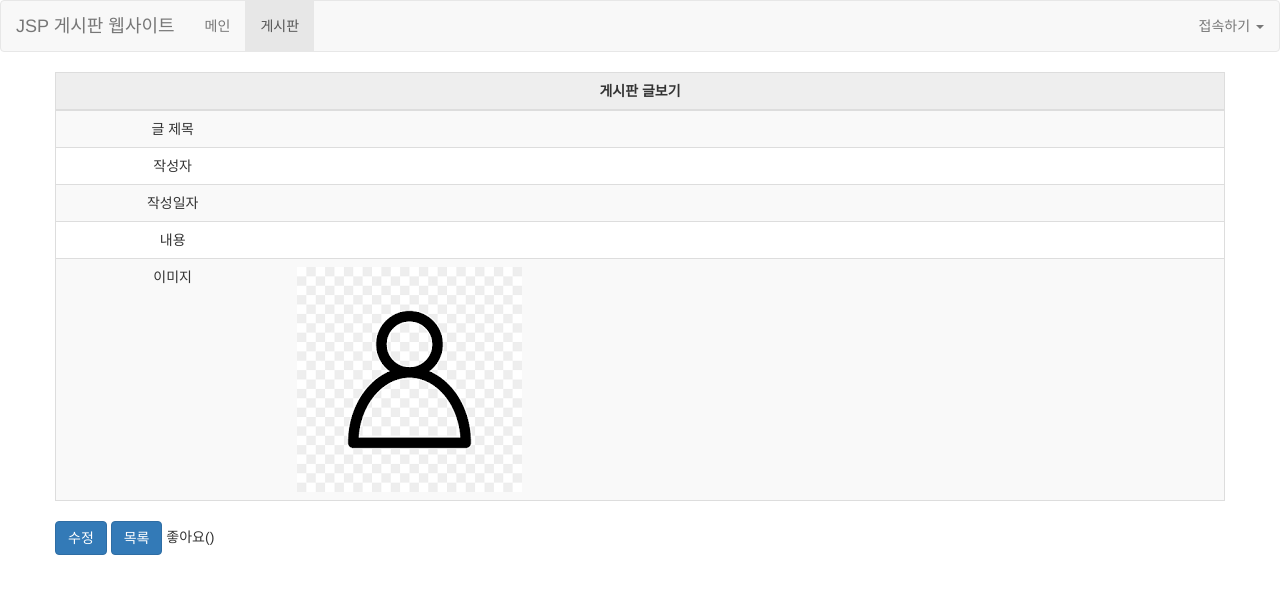
Repository: serendipity63/mychelin
Page: http://localhost/board/WEB-INF/views/detailform.jsp
These files come from the project's save history. The page is drawn as it stood at one moment and after the next save; the edit follows.
The browser window is 1280 px wide. The pictures show the whole page.
Some web libraries are served in a nearby version. The page is served by Tomcat 9. Nobody is signed in. The template is opened directly, without the code that normally fills it, so the values that code supplies are empty.

Above is the page before, as saved 2024-01-11 00:28:18.

After the next save:
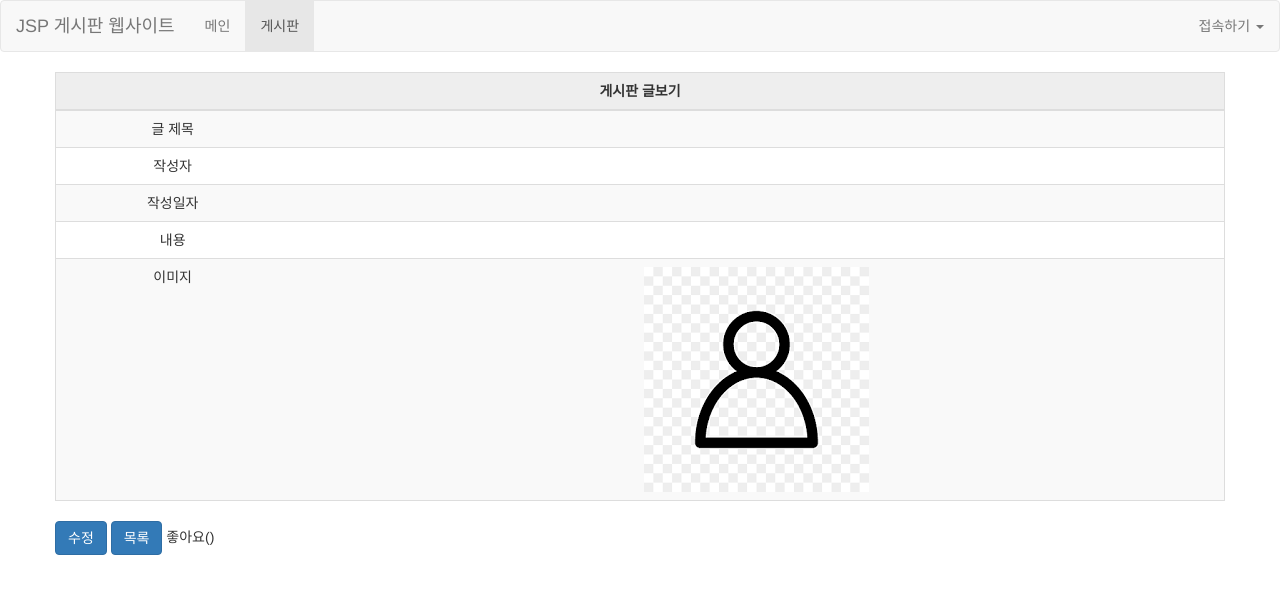
Saved 10 s later.
--- a/board/src/main/webapp/WEB-INF/views/detailform.jsp
+++ b/board/src/main/webapp/WEB-INF/views/detailform.jsp
@@ -137,7 +137,7 @@
 					</tr>
 					<tr>
 						<td>이미지</td>
-						<td colspan="2" style="min-height: 200px; text-align: left;"><c:choose>
+						<td colspan="2" style="min-height: 200px;"><c:choose>
 								<c:when test="${board.fileurl ne null}">
 									<img src="${contextPath }/image/${board.fileurl}" width="100px"
 										height="100px" />

After the save that followed:
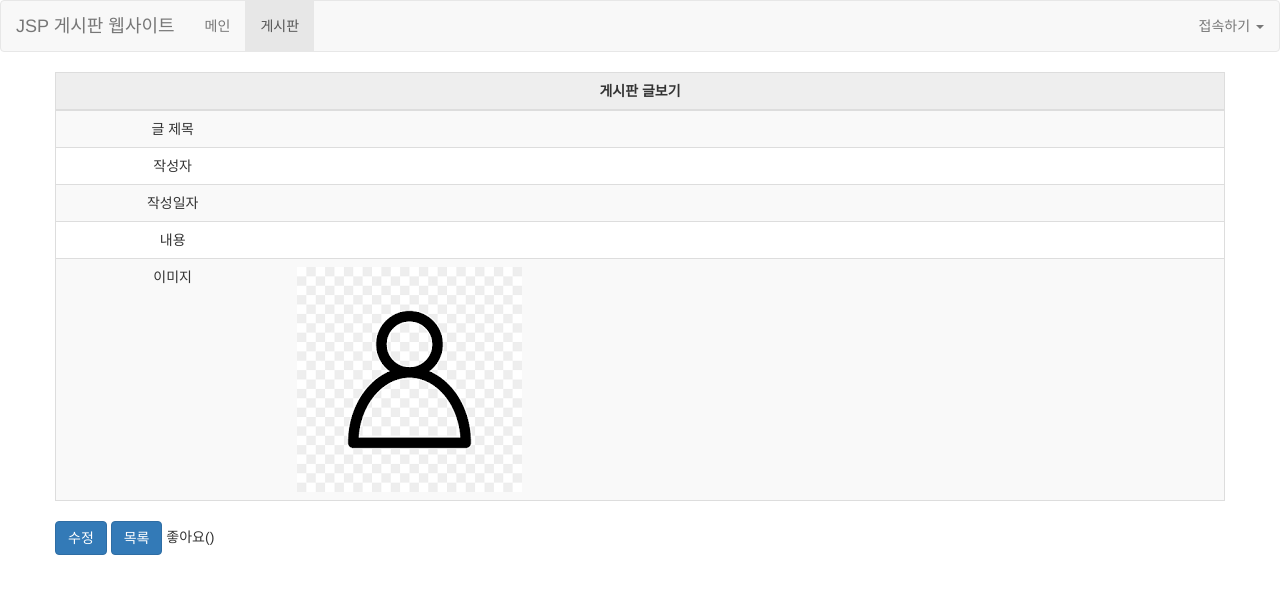
Saved 18 s later.
--- a/board/src/main/webapp/WEB-INF/views/detailform.jsp
+++ b/board/src/main/webapp/WEB-INF/views/detailform.jsp
@@ -137,7 +137,7 @@
 					</tr>
 					<tr>
 						<td>이미지</td>
-						<td colspan="2" style="min-height: 200px;"><c:choose>
+						<td colspan="2" style="min-height: 200px; text-align: left;"><c:choose>
 								<c:when test="${board.fileurl ne null}">
 									<img src="${contextPath }/image/${board.fileurl}" width="100px"
 										height="100px" />
